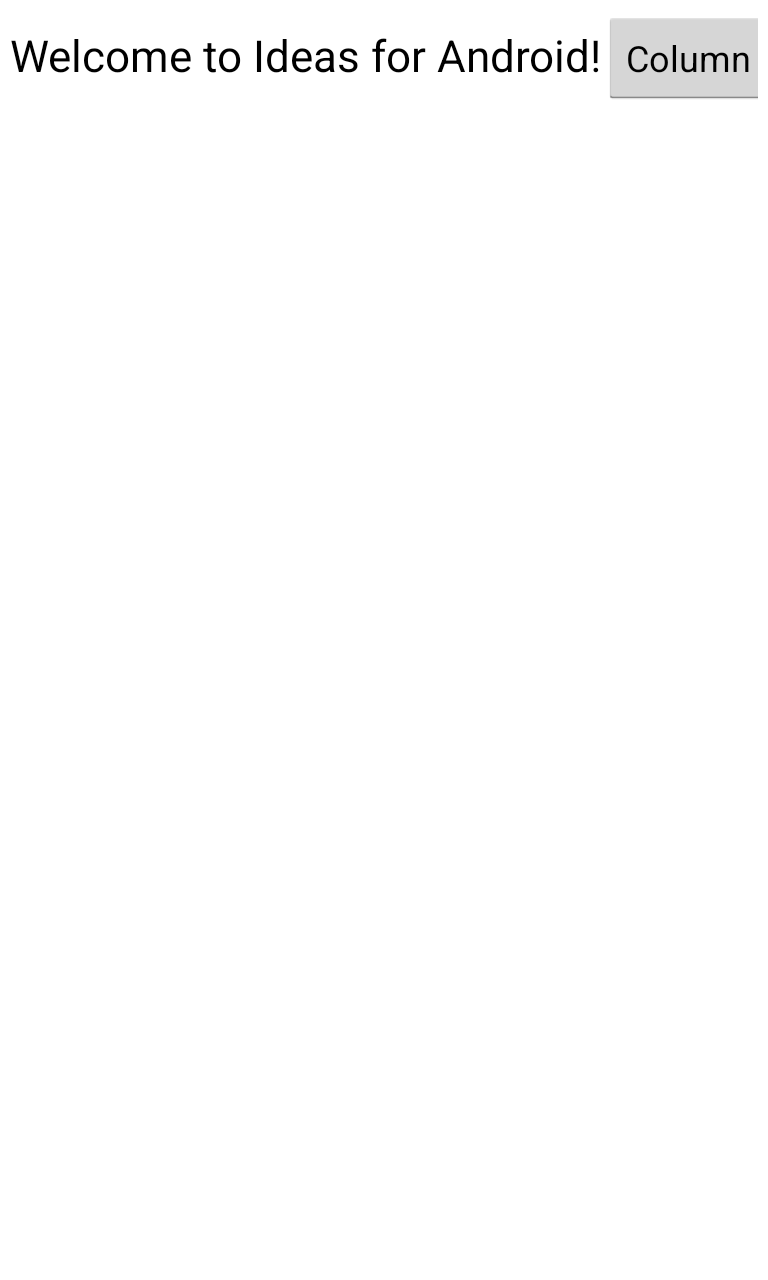
Repository: griffinfujioka/Ideas_Android
Layout: Ideas/res/layout/activity_home.xml
These files come from the project's save history. The layout is drawn as it stood at one moment and after the next save; the edit follows.
It is drawn on a 768 x 1280 px phone screen (xhdpi) without system bars, with theme AppTheme; the app's code is not run.

Above is the layout before, as saved 2013-11-14 05:33:37.

After the next save:
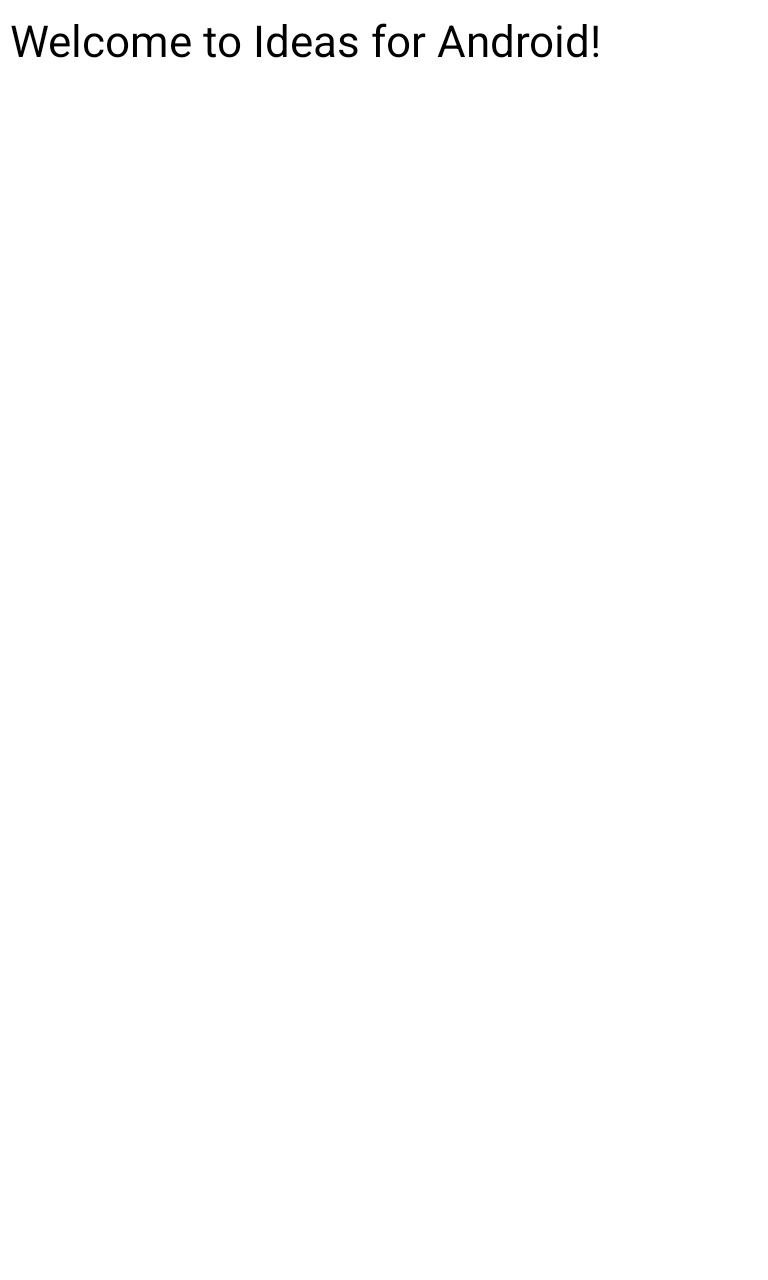
Saved 17 s later.
--- a/Ideas/res/layout/activity_home.xml
+++ b/Ideas/res/layout/activity_home.xml
@@ -5,7 +5,7 @@
     android:layout_height="fill_parent" >
 
     <!-- 2 columns -->
-    <TableRow
+   	<TableRow
         android:id="@+id/tableRow1"
         android:layout_width="wrap_content"
         android:layout_height="wrap_content"
@@ -16,9 +16,7 @@
             android:text="@string/welcome"
             android:textAppearance="?android:attr/textAppearanceLarge" />
 
-        <Button
-            android:id="@+id/button1"
-            android:text="Column 2" />
+
     </TableRow>
 
 
